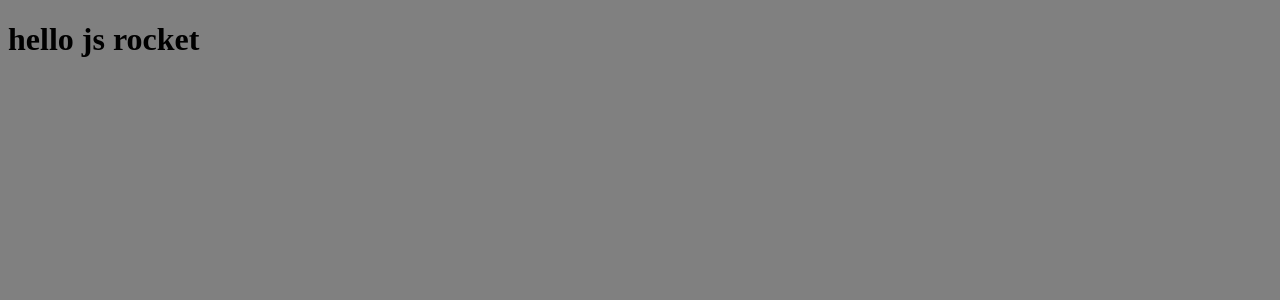
Repository: alcarrizo/Rocket-launch
Page: index.html
The author's editor kept a copy of each file at every save. The page is drawn from the files as they stood at one save, then again after the next save.
The browser window is 1280 px wide. The pictures show the whole page.

Above is the page before, as saved 2022-10-19 17:01:52.

### index.html
<!DOCTYPE html>
<html lang="en">
<head>
    <meta charset="UTF-8">
    <meta http-equiv="X-UA-Compatible" content="IE=edge">
    <meta name="viewport" content="width=device-width, initial-scale=1.0">
    <title>JS Rocket</title>
    <script type="text/javascript" src="js/script.js"> </script>
    <link rel="stylesheet" href="css/style.css">
</head>
<body>
    <h1>hello js rocket</h1>

</body>
</html>

### js/script.js
var car = {
    make: 'VW',
    type: 'Polo',
    color: 'blue',
    isTurnedOn: false,
    numOfWheels: 4,
    seats: [
        'seat1',
        'seat2',
        'seat3',
        'seat4'
    ],
    turnOn: function () {
        this.isTurnedOn = true;
    },
    turnOff: function () {
        this.isTurnedOn = false;
    },
    fly: function () {
        alert('fly');
    },
    switchCar: function (isOn) {
        console.log('turn car ' + isOn)
        if (isOn == true) {
            this.isTurnedOn = true;
        }
        else {
            this.isTurnedOn = false;
        }
    }

};

console.log('hello there friends!');

Loaded but not shown: css/style.css (common file)

After the next save:
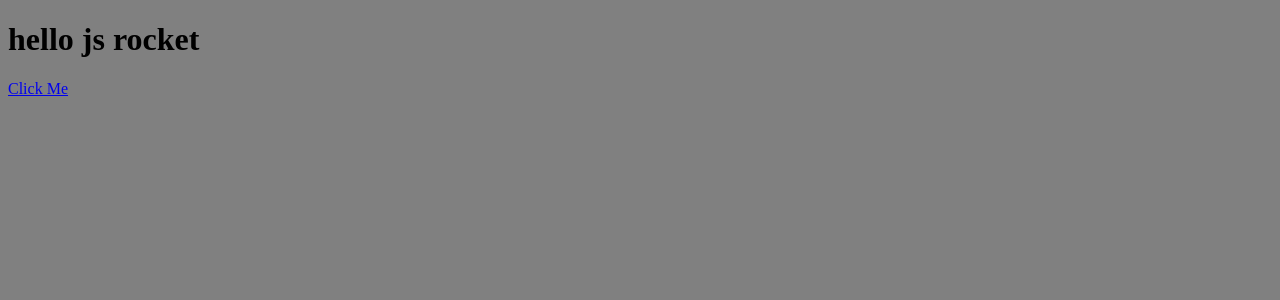
Saved 59 s later.
--- a/index.html
+++ b/index.html
@@ -10,6 +10,6 @@
 </head>
 <body>
     <h1>hello js rocket</h1>
-
+   <a href="#">Click Me</a>
 </body>
 </html>
